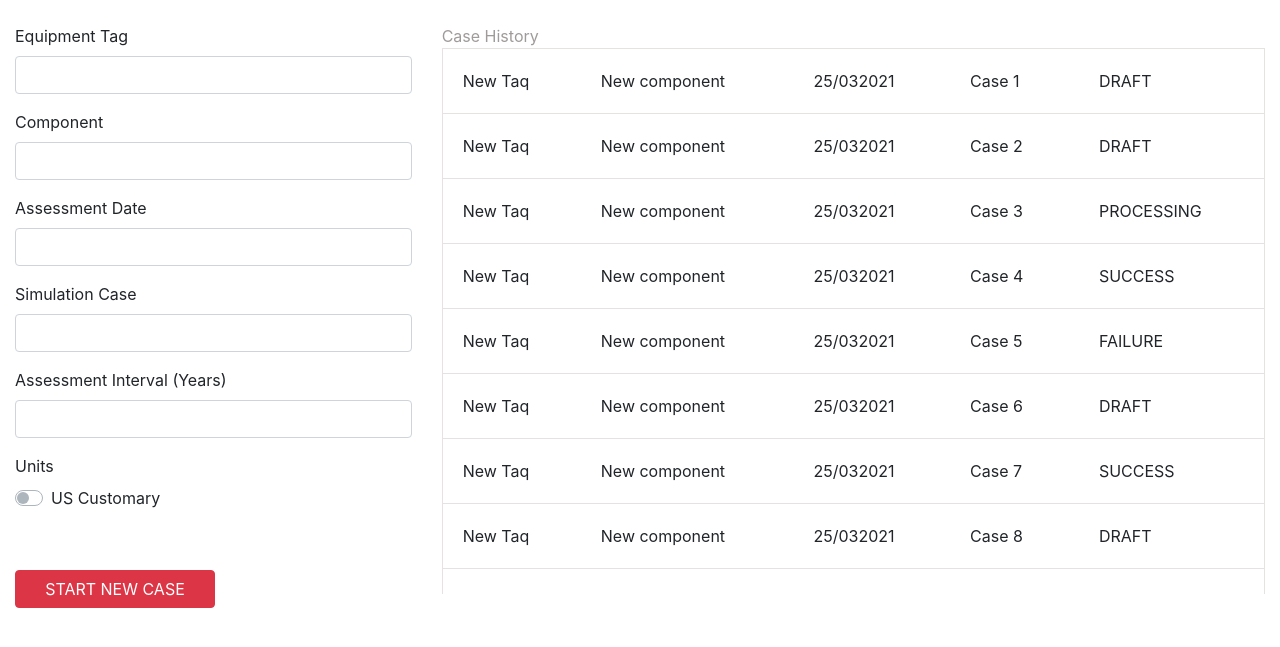
Repository: arif286/dashboard
Page: /
These files come from the project's save history. The page is drawn as it stood at one moment and after a run of saves; the edit follows.
The browser window is 1280 px wide. The pictures show the whole page.
An inner scrolling area shows only its first screen. The project was rebuilt for these pictures with package versions that can differ from the ones it lists, and the page was loaded fresh each time. The framework's server and built-in components were replaced by stand-ins that run in the browser. Also part of the build but not shown: nuxt.config.js, components/Nav.vue.

Above is the page before, as saved 2021-06-18 19:16:09.

After the next 2 saves:
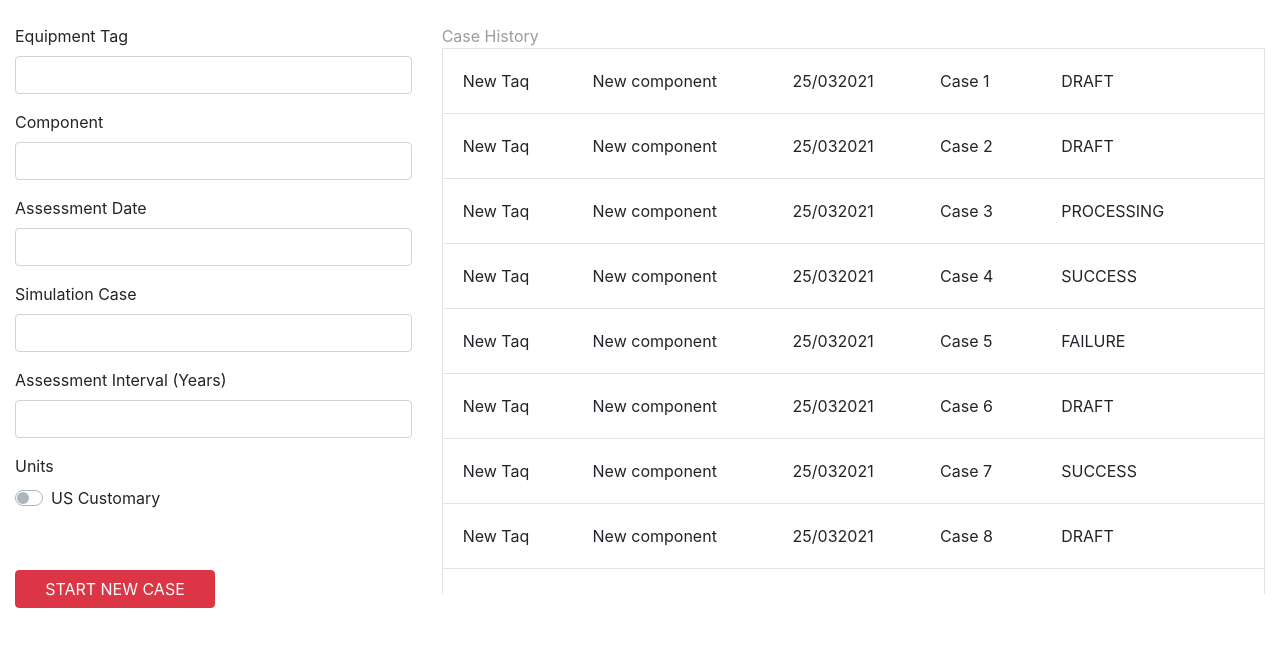
The 2 saves are shown as one change because 1 did not build or start.
The last was saved 3 min 47 s later.
--- a/components/Table.vue
+++ b/components/Table.vue
@@ -30,6 +30,9 @@
           <td>{{ item.assessmentDate }}</td>
           <td>Case {{ item.case }}</td>
           <td>{{ item.status }}</td>
+          <td v-if="item.status === true">
+            {{}}
+          </td><td />
         </tr>
       </tbody>
     </table>
@@ -42,6 +45,11 @@
     data: {
       type: Array,
       required: true
+    }
+  },
+  data () {
+    return {
+      copyBtn: '<button>Copy<button/>'
     }
   }
 }

After the 4 saves that followed:
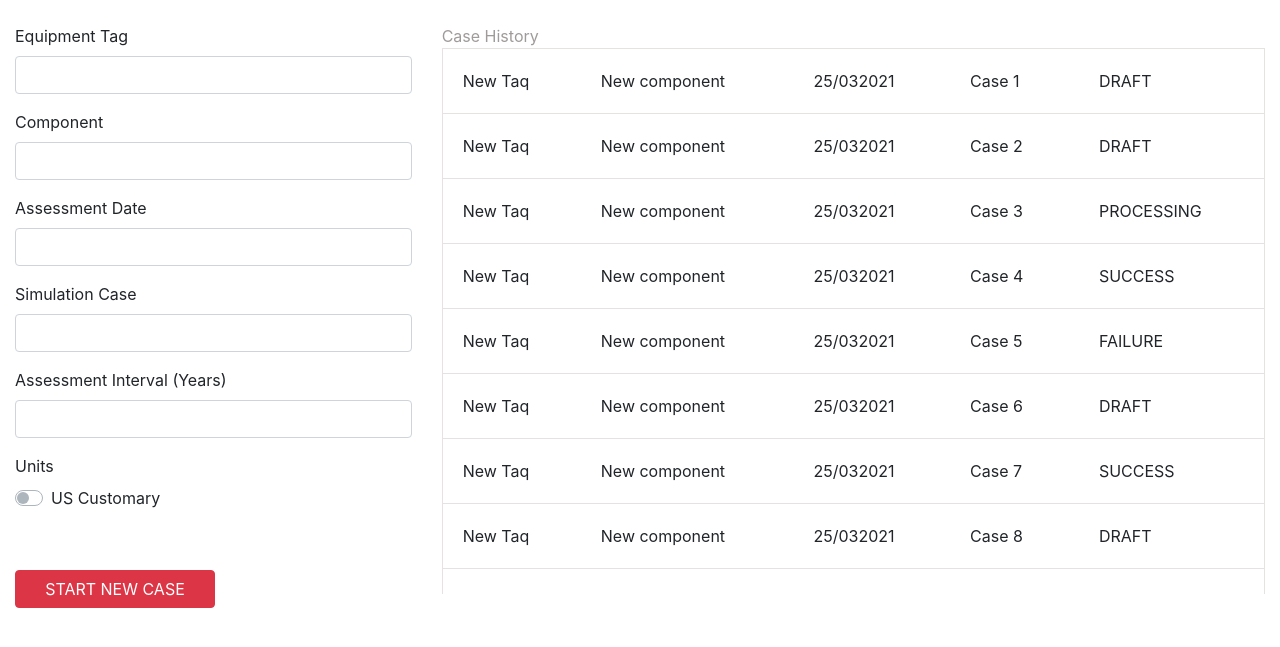
The 4 saves are shown as one change because 3 left the picture as it was.
The last was saved 2 min 56 s later.
--- a/components/Table.vue
+++ b/components/Table.vue
@@ -30,9 +30,9 @@
           <td>{{ item.assessmentDate }}</td>
           <td>Case {{ item.case }}</td>
           <td>{{ item.status }}</td>
-          <td v-if="item.status === true">
-            {{}}
-          </td><td />
+          <td v-if="item.status == true">
+            {{ copyBtn }}
+          </td>
         </tr>
       </tbody>
     </table>
@@ -49,7 +49,7 @@
   },
   data () {
     return {
-      copyBtn: '<button>Copy<button/>'
+      copyBtn: 'copy'
     }
   }
 }
